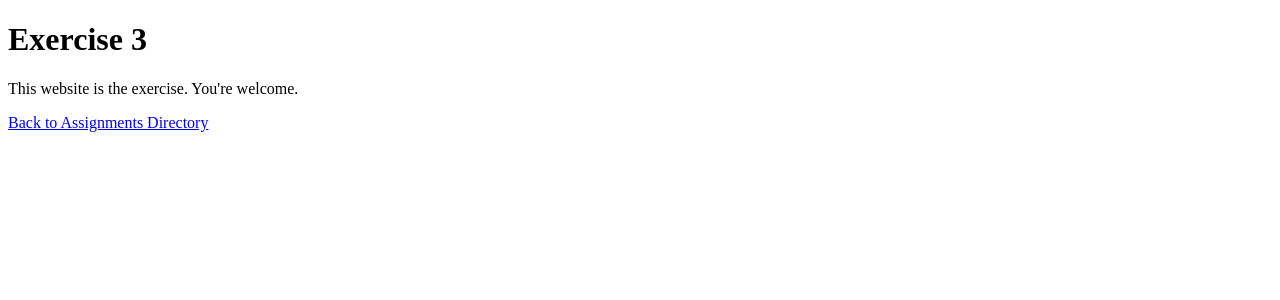
Repository: mclearc1/IMM-130-Files
Page: assignments_directory/assignments/form.html
The author's editor kept a record of every edit. The page is drawn from the files as they stood at one moment, then again after the next edit.
The browser window is 1280 px wide. The pictures show the whole page.

Above is the page before.

After the next edit:
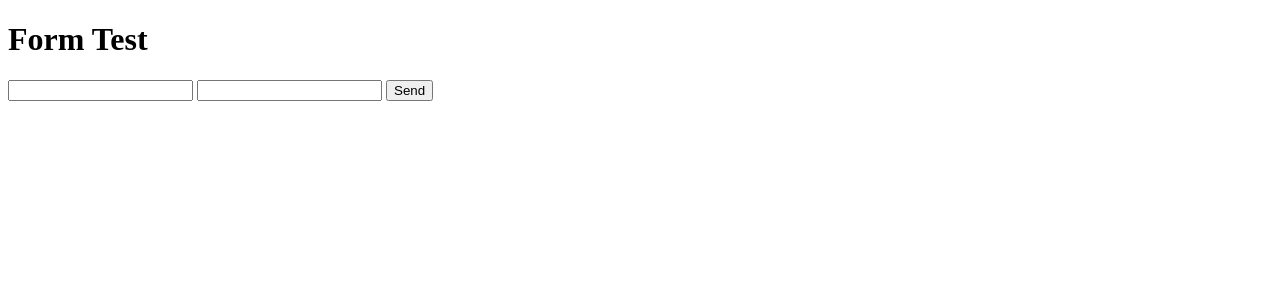
The edit:
--- a/assignments_directory/assignments/form.html
+++ b/assignments_directory/assignments/form.html
@@ -12,9 +12,12 @@
 color, bold, and italics work with html. -->
 
 <body>
-<h1>Exercise 3</h1>
-<p>This website is the exercise. You're welcome.</p>
-<a href="../assignments.html">Back to Assignments Directory</a>
+<h1>Form Test</h1>
+<form action="https://formspree.io/xyywboda" method="POST">
+  <input type="text" name="name">
+  <input type="email" name="_replyto">
+  <input type="submit" value="Send">
+</form>
 </body>
 
 </html>
